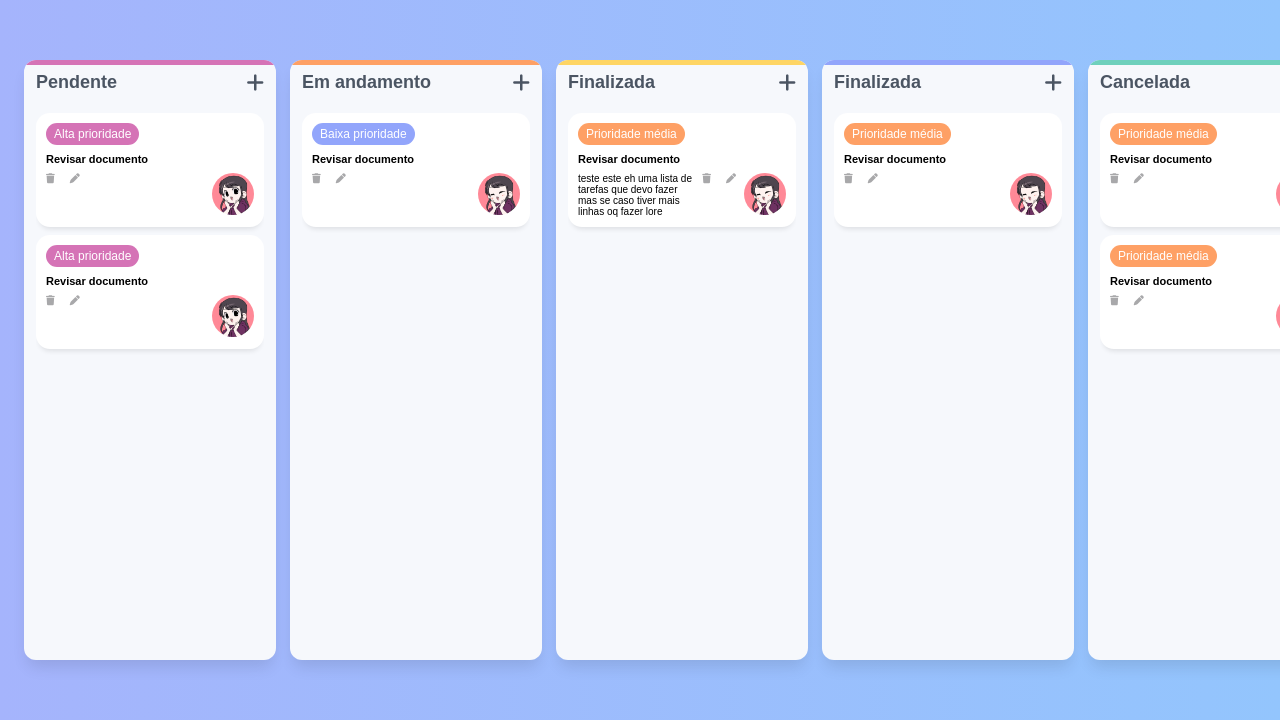
Repository: Marinalr-25/ProjetoToDoList
Page: index.html
These files come from the project's save history. The page is drawn as it stood at one moment and after the next save; the edit follows.
The browser window is 1280 px wide. The pictures show the whole page.
Some web fonts or font styles are not loaded; a fallback is used. Some web libraries are served in a nearby version.

Above is the page before, as saved 2024-11-01 13:49:59.

After the next save:
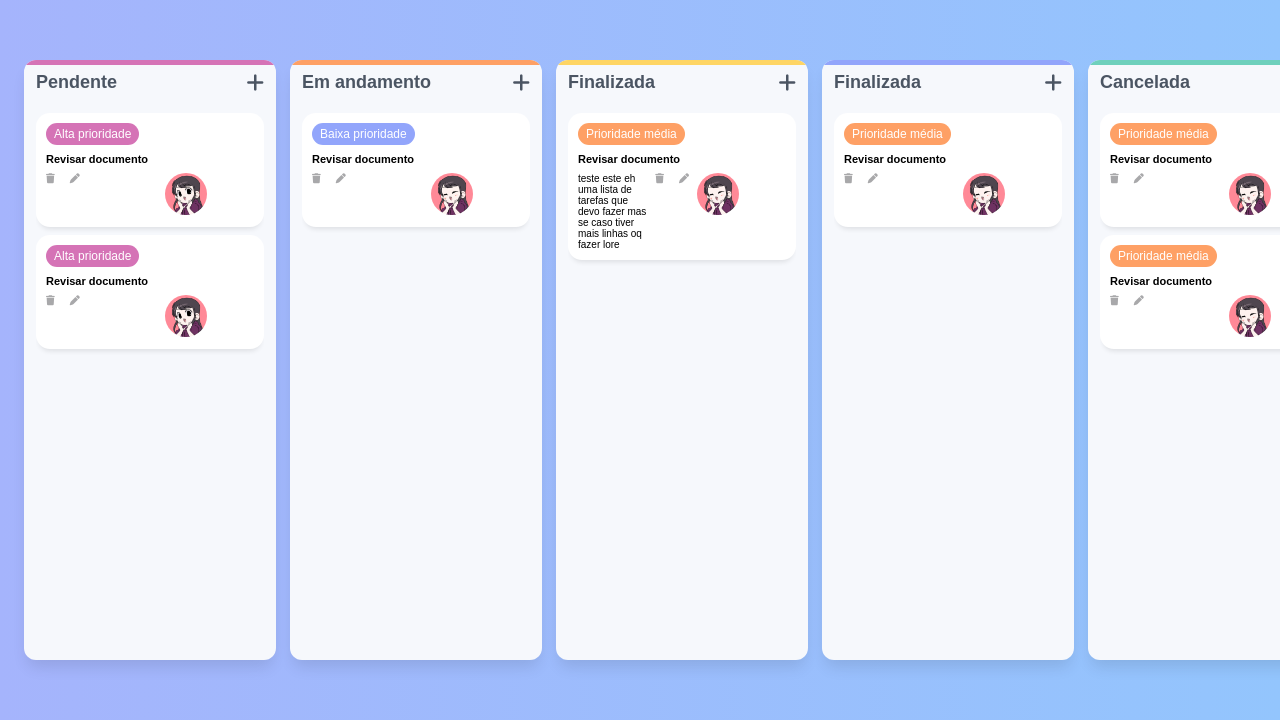
Saved 35 min 14 s later.
--- a/css/style.css
+++ b/css/style.css
@@ -149,6 +149,7 @@ body {
   justify-content: space-between;
   align-items: start;
   gap: 0.8rem;
+  width: 16.1rem;
 }
 .card-icons {
   display: flex;
